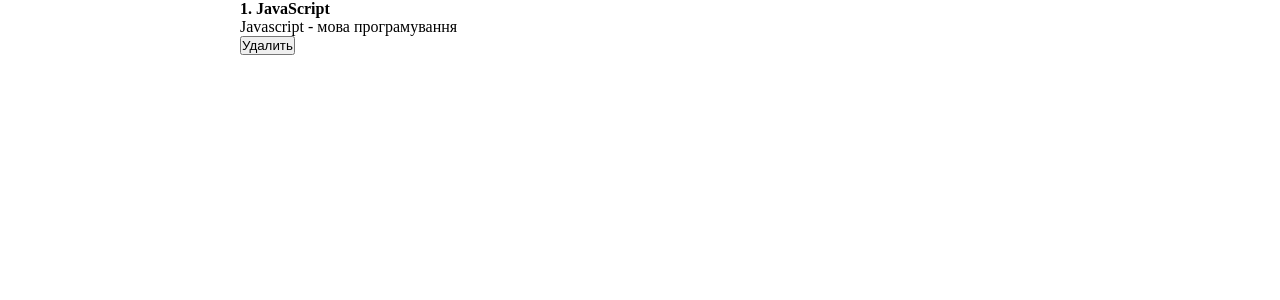
Repository: otvertka/ulb2_react
Page: / (app in jk_project/)
An editor plug-in stored every save of this project. The page is shown before and after the next save, followed by the edit.
The browser window is 1280 px wide. The pictures show the whole page.
The project was rebuilt for these pictures with package versions that can differ from the ones it lists, and the page was loaded fresh each time. Also part of the build but not shown: jk_project/src/component/Counter.jsx, jk_project/src/component/ClassCounter.jsx.

Above is the page before, as saved 2023-09-08 09:59:43.

After the next save:
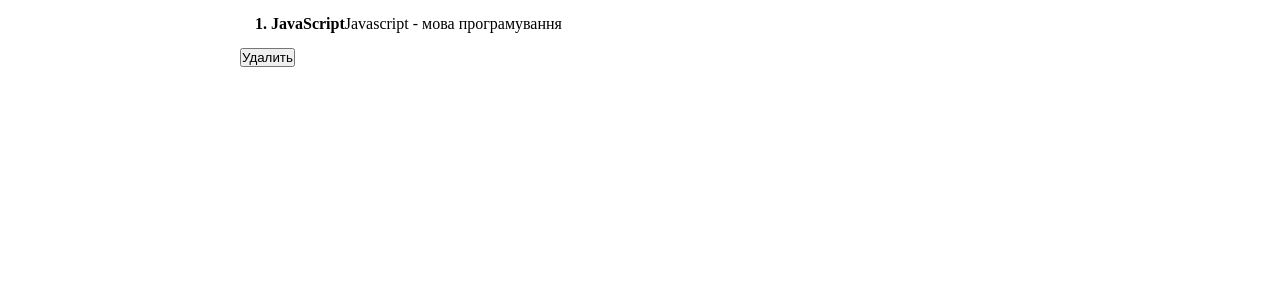
Saved 22 s later.
--- a/jk_project/src/styles/app.css
+++ b/jk_project/src/styles/app.css
@@ -12,3 +12,8 @@
 .App {
   width: 800px;
 }
+
+.post {
+  display: flex;
+  padding: 15px;
+}
